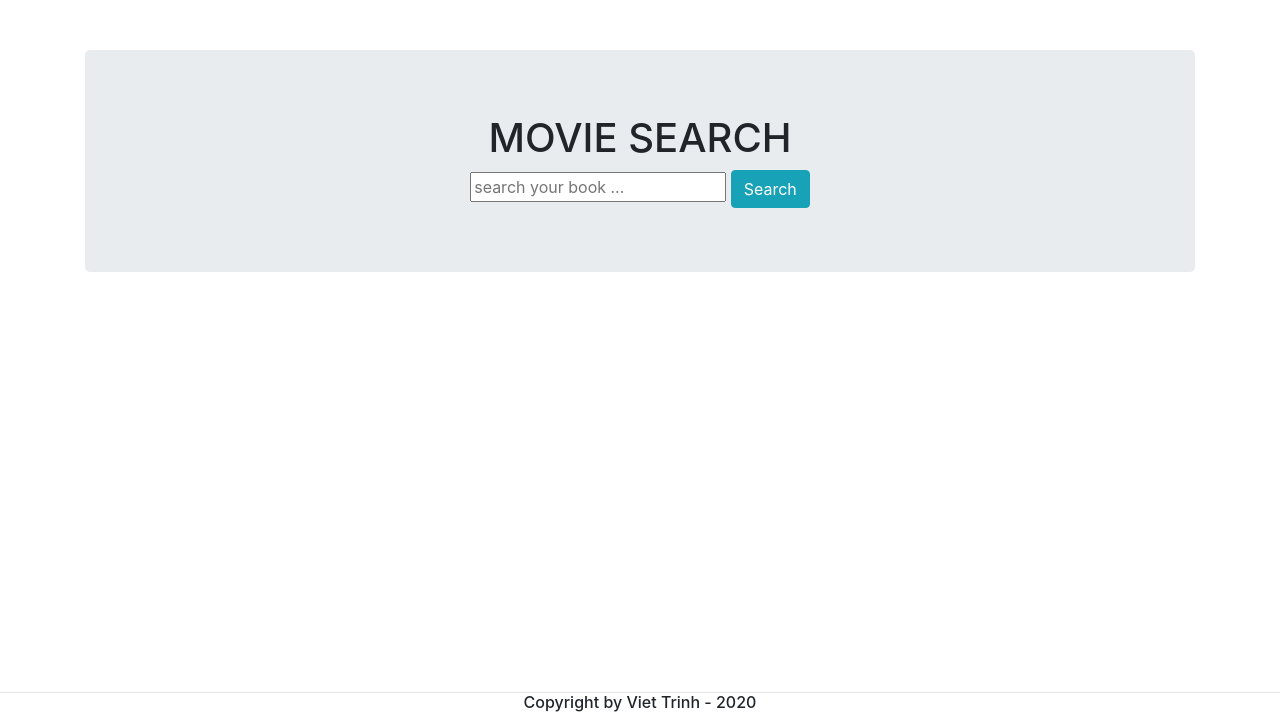
Repository: redbeard-sys/RequestAPIChallenge
Page: http://localhost/
The author's editor kept a record of every edit. The page is drawn from the files as they stood at one moment, then again after the next edit.
The browser window is 1280 px wide. The pictures show the whole page.
The page is served by the project's Node server (index.js).

Above is the page before.

After the next edit:
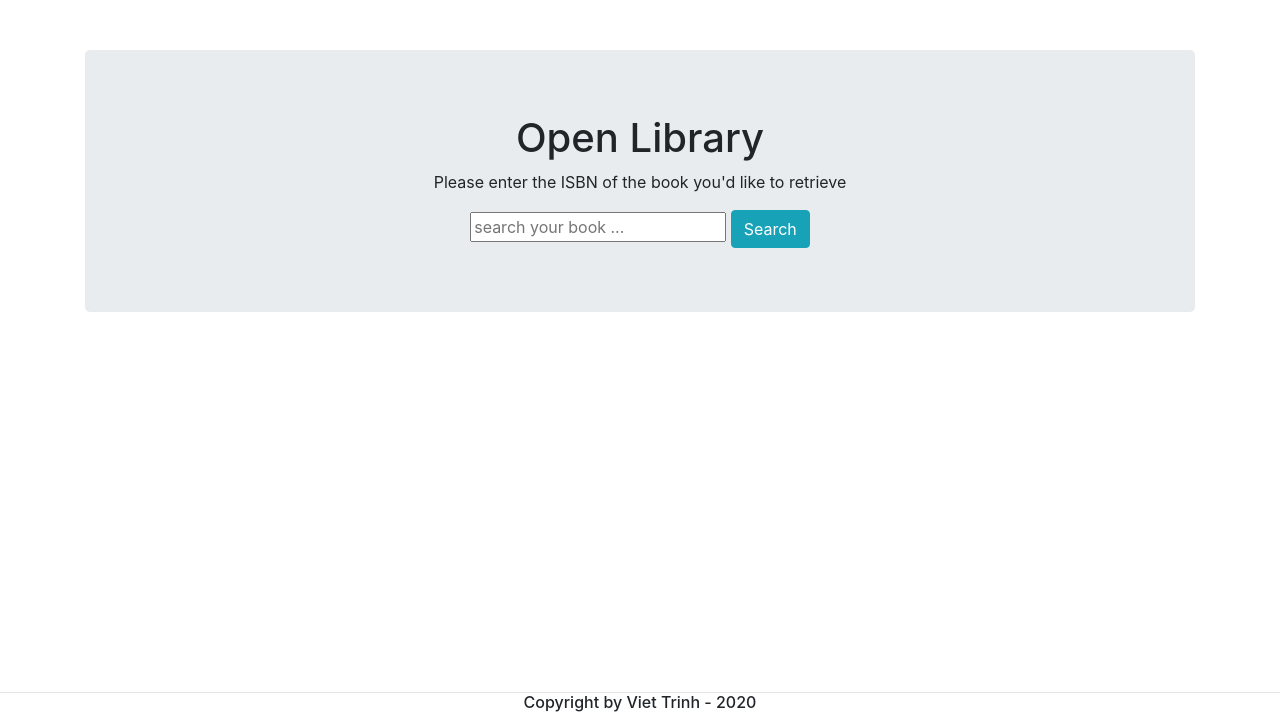
The edit:
--- a/views/home.ejs
+++ b/views/home.ejs
@@ -2,7 +2,8 @@
 
 <div class='container'>
 	<div class='jumbotron'>
-		<h1> MOVIE SEARCH </h1>
+		<h1> Open Library </h1>
+		<p>Please enter the ISBN of the book you'd like to retrieve</p>
 		<form action='/results' method='GET'>
 			<input type='text' name='search' placeholder='search your book ...'>
 			<button class='btn btn-info'>Search</button>
